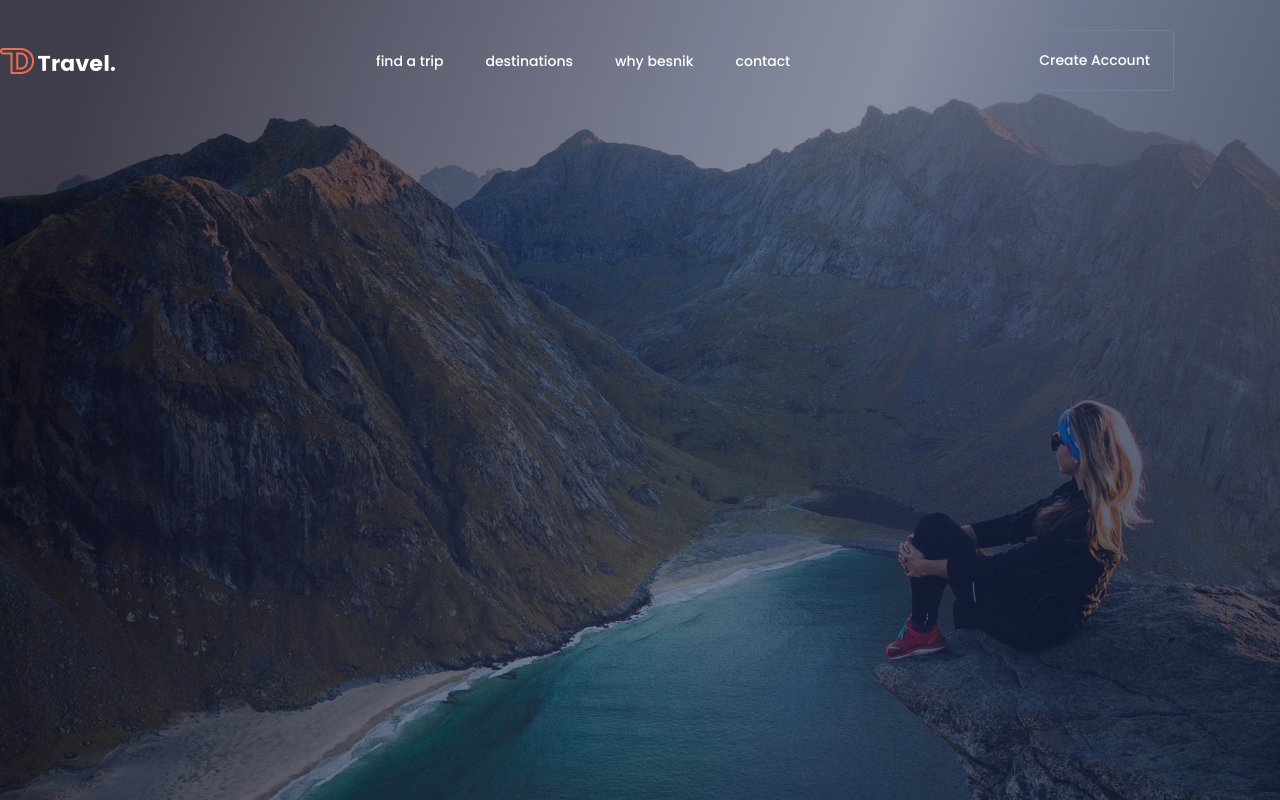
Repository: hoang0508/LandingPage-CodeTravel2
Page: index.html
The author's editor kept a copy of each file at every save. The page is drawn from the files as they stood at one save, then again after the next save.
The browser window is 1280 px wide. The pictures show the whole page.
The style sheet was rebuilt from its Sass, Less or Tailwind sources for each picture, by a compiler version that may differ from the author's.

Above is the page before, as saved 2022-09-15 15:40:24.

### index.html
<!DOCTYPE html>
<html lang="en">
  <head>
    <meta charset="UTF-8" />
    <meta http-equiv="X-UA-Compatible" content="IE=edge" />
    <meta name="viewport" content="width=device-width, initial-scale=1.0" />
    <title>Travale LandingPage</title>
    <link rel="stylesheet" href="./css/style.css" />
  </head>
  <body>
    <div class="wrapper">
      <!-- HEADER -->
      <header class="header">
        <div class="container">
          <div class="header-main">
            <div class="header-logo">
              <img src="./images/Logo.png" alt="Logo" />
            </div>
            <nav class="header-menu">
              <ul class="header-menu--list">
                <li class="header-menu--item">
                  <a href="#" class="header-menu--link">FIND A TRIP</a>
                </li>
                <li class="header-menu--item">
                  <a href="#" class="header-menu--link">DESTINATIONS</a>
                </li>
                <li class="header-menu--item">
                  <a href="#" class="header-menu--link">WHY BESNIK</a>
                </li>
                <li class="header-menu--item">
                  <a href="#" class="header-menu--link">CONTACT</a>
                </li>
              </ul>
            </nav>
            <button class="button button-acount">Create Account</button>
          </div>
        </div>
      </header>
    </div>
  </body>
</html>

### sass/main.scss
@import "reset";
@import "variable";
@import "typography";
@import "base";
@import "global";
@import "header";

### sass/_reset.scss
*,
*::before,
*::after {
  box-sizing: border-box;
}
* {
  margin: 0;
  padding: 0;
  font: inherit;
}
body {
  line-height: 1.5;
}
img,
picture,
video,
canvas,
svg {
  display: block;
  max-width: 100%;
}
input,
button,
textarea,
select {
  outline: none;
}
p,
h1,
h2,
h3,
h4,
h5,
h6 {
  overflow-wrap: break-word;
}

a {
  text-decoration: none;
}

ul,
li {
  list-style: none;
}

### sass/_variable.scss
$text-white: #fff;
$primary-color: #34a5e4;

### sass/_typography.scss
@font-face {
  font-family: "Poppins";
  src: url("../fonts/Poppins-Regular.ttf") format("opentype");
  font-style: normal;
  font-display: auto;
  font-weight: 400;
}

@font-face {
  font-family: "Poppins";
  src: url("../fonts/Poppins-Light.ttf") format("opentype");
  font-style: normal;
  font-display: auto;
  font-weight: 300;
}

@font-face {
  font-family: "Poppins";
  src: url("../fonts/Poppins-Medium.ttf") format("opentype");
  font-style: normal;
  font-display: auto;
  font-weight: 500;
}

@font-face {
  font-family: "Poppins";
  src: url("../fonts/Poppins-SemiBold.ttf") format("opentype");
  font-style: normal;
  font-display: auto;
  font-weight: 600;
}

@font-face {
  font-family: "Poppins";
  src: url("../fonts/Poppins-Thin.ttf") format("opentype");
  font-style: normal;
  font-display: auto;
  font-weight: 100;
}

@font-face {
  font-family: "Poppins";
  src: url("../fonts/Poppins-Bold.ttf") format("opentype");
  font-style: normal;
  font-display: auto;
  font-weight: 700;
}

### sass/_base.scss
body {
  font-family: "Poppins", sans-serif;
  font-weight: 500;
}

.wrapper {
  max-width: 1600px;
  margin: 0 auto;
}

.container {
  max-width: 1280px;
  margin: 0 auto;
}

### sass/_global.scss
button.button {
  display: inline-block;
  border: 0;
  cursor: pointer;
  color: $text-white;
  &-acount {
    background-color: transparent;
    padding: 19px 23px;
    border: 1.5px solid #777f96;
    border-radius: 4px;
    font-size: 14px;
  }
}

### sass/_header.scss
.header {
  background-image: url("../images/header-img.png");
  min-height: 800px;
  background-size: cover;
  background-repeat: repeat;
  padding-top: 30px;
  &-main {
    display: flex;
    align-items: center;
  }
  &-logo {
    margin-right: 261px;
  }
  &-menu {
    &--list {
      display: flex;
      align-items: center;
      gap: 0 42px;
      margin-right: 225px;
    }
    &--link {
      color: $text-white;
      text-transform: lowercase;
      font-size: 14px;
    }
  }
}

After the next save:
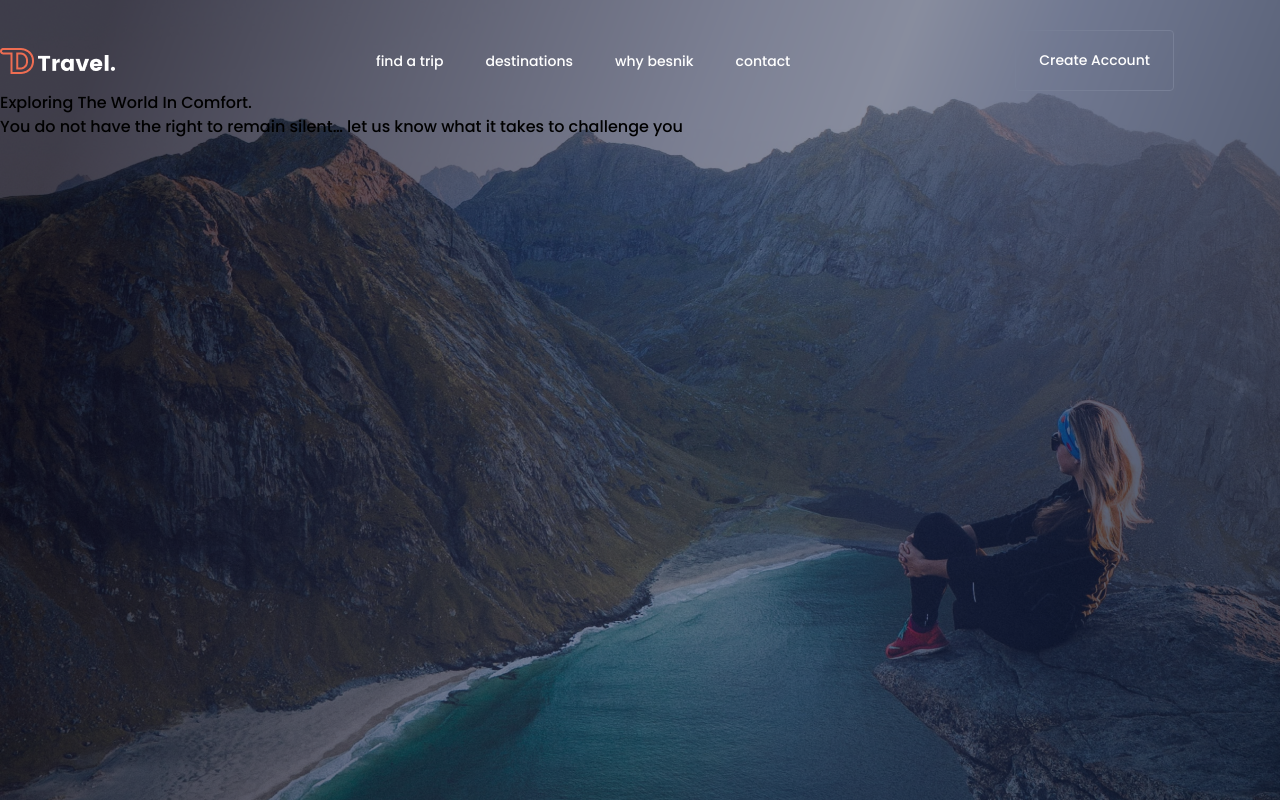
Saved 4 min 58 s later.
--- a/index.html
+++ b/index.html
@@ -34,6 +34,16 @@
             </nav>
             <button class="button button-acount">Create Account</button>
           </div>
+
+          <div class="header-content">
+            <h1 class="header-content--title">
+              Exploring The World In Comfort.
+            </h1>
+            <p class="">
+              You do not have the right to remain silent… let us know what it
+              takes to challenge you
+            </p>
+          </div>
         </div>
       </header>
     </div>
